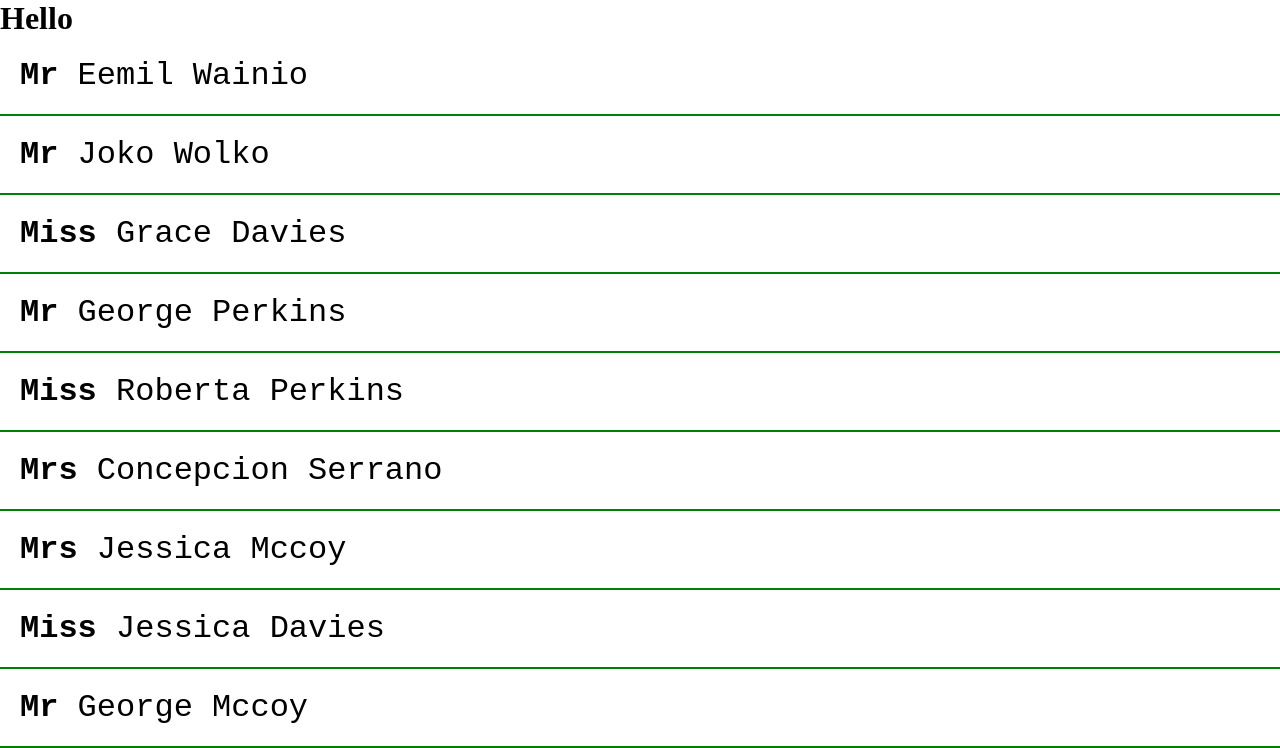
Repository: KrzysKolo/sr_tydzien5_zad4
Page: /
These files come from the project's save history. The page is drawn as it stood at one moment and after the next save; the edit follows.
The browser window is 1280 px wide. The pictures show the whole page.
The project was rebuilt for these pictures with package versions that can differ from the ones it lists, and the page was loaded fresh each time.

Above is the page before, as saved 2021-01-03 04:55:54.

After the next save:
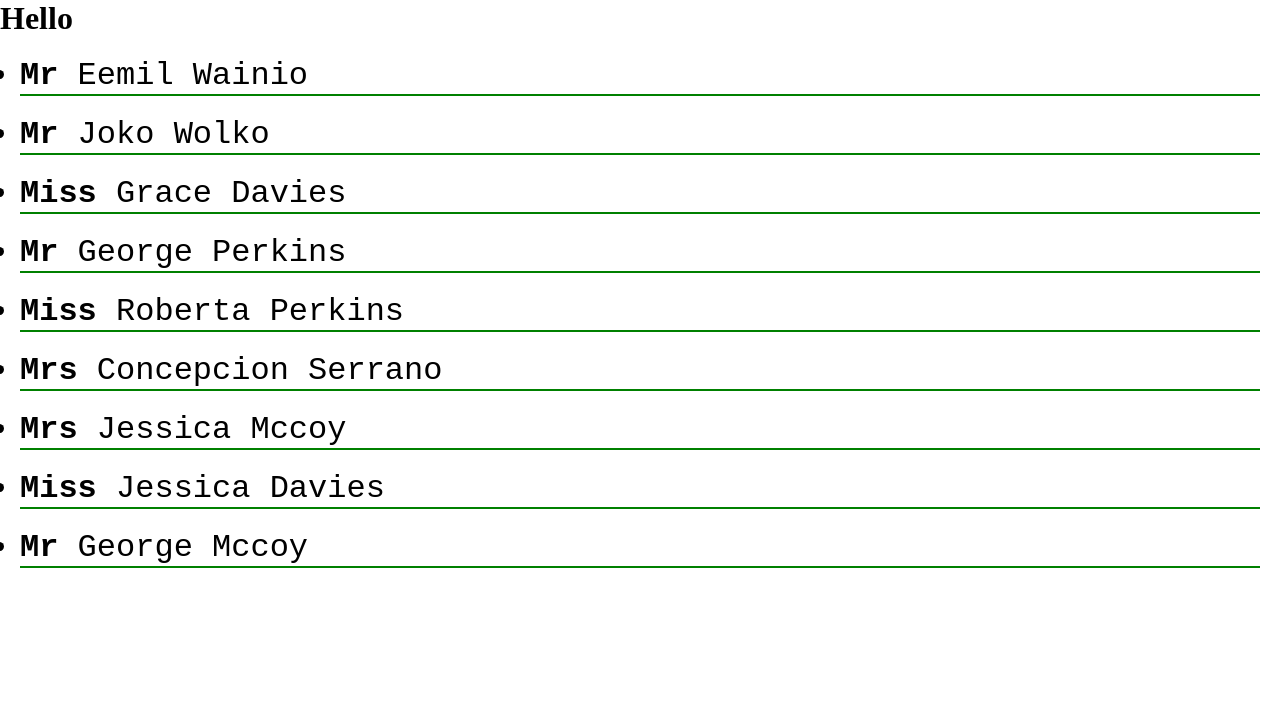
Saved 15 s later.
--- a/src/App.css
+++ b/src/App.css
@@ -6,6 +6,6 @@
 .user {
   font-size: 2rem;
   font-family: "Courier New", Courier, monospace;
-  padding: 20px;
+  margin: 20px;
   border-bottom: 2px solid green;
 }

After the save that followed:
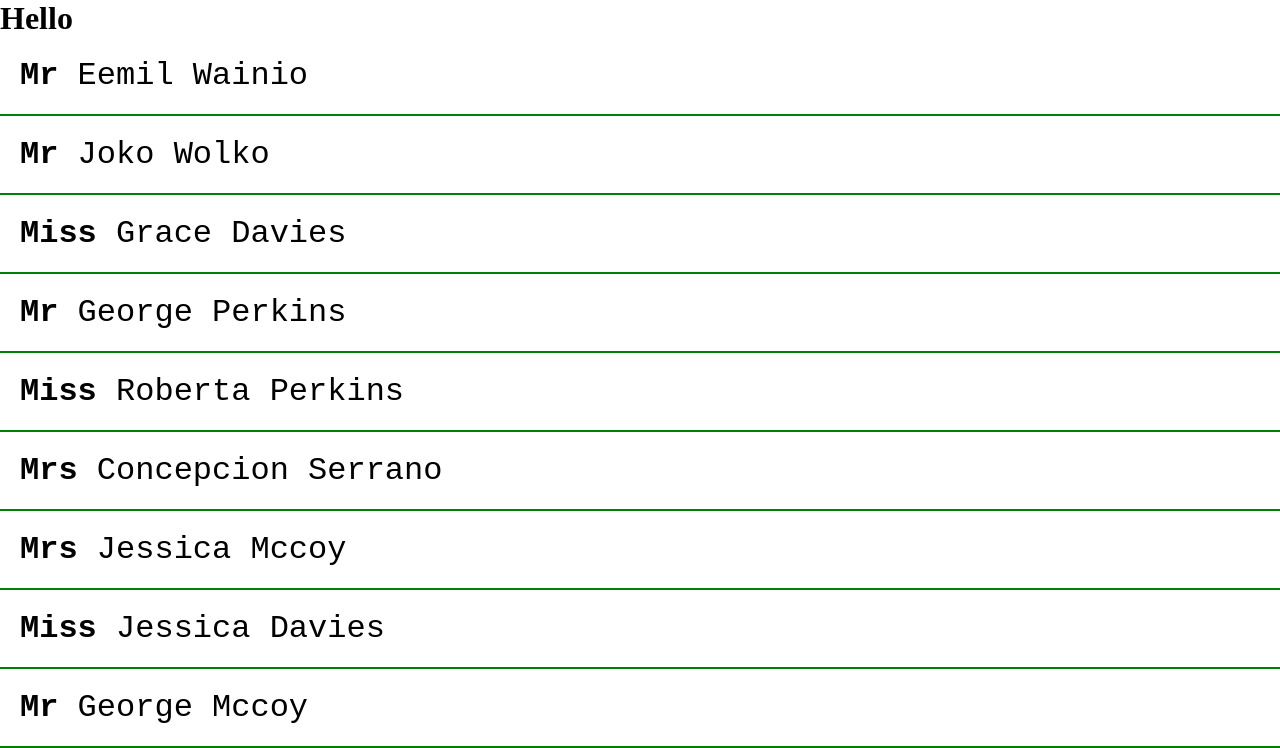
Saved 19 s later.
--- a/src/App.css
+++ b/src/App.css
@@ -6,6 +6,6 @@
 .user {
   font-size: 2rem;
   font-family: "Courier New", Courier, monospace;
-  margin: 20px;
+  padding: 20px;
   border-bottom: 2px solid green;
 }
